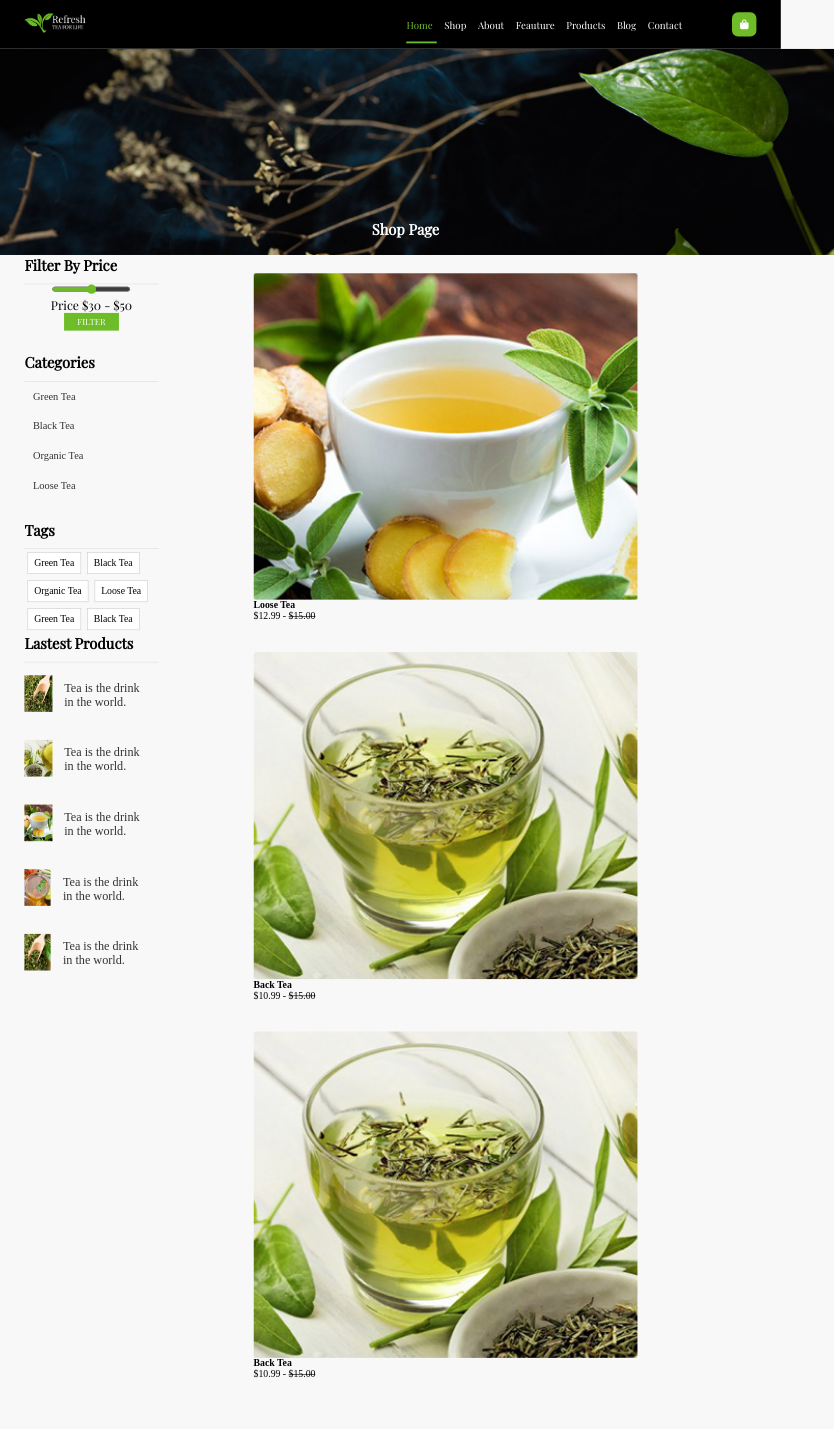
Repository: 52hzwhaleblue/school_teashop
Page: shop.html
An editor plug-in stored every save of this project. The page is shown before and after the next save, followed by the edit.
The browser window is 1280 px wide. The page is 1368 px wide, so the pictures cover 1368 px, including what lies to the right of the window. The pictures show the whole page, at 61% of full size.
Some web libraries are served in a nearby version.

Above is the page before, as saved 2022-05-05 23:24:32.

### shop.html
<!DOCTYPE html>
<html lang="en">

<head>
    <meta charset="UTF-8">
    <meta http-equiv="X-UA-Compatible" content="IE=edge">
    <meta name="viewport" content="width=device-width, initial-scale=1.0">

    <!-- Style CSS -->
    <link rel="stylesheet" href="./style.css" stylesheet="text/style.css" />

    <!-- googel fonts -->
    <link rel="preconnect" href="https://fonts.googleapis.com" />
    <link rel="preconnect" href="https://fonts.gstatic.com" crossorigin />
    <link href="https://fonts.googleapis.com/css2?family=Playfair+Display&display=swap" rel="stylesheet" />

    <!-- cdn -->
    <link rel="stylesheet" href="https://cdnjs.cloudflare.com/ajax/libs/font-awesome/6.1.1/css/all.min.css" integrity="sha512-KfkfwYDsLkIlwQp6LFnl8zNdLGxu9YAA1QvwINks4PhcElQSvqcyVLLD9aMhXd13uQjoXtEKNosOWaZqXgel0g==" crossorigin="anonymous" referrerpolicy="no-referrer"
    />

    <!-- App.js -->
    <script src="./app.js">
    </script>

    <title>Shop</title>
</head>

<body>
    <!-- header -->
    <div class="header-wrapper">
        <div class="center">
            <div class="row">
                <div class="logo">
                    <img src="./images/logo.png" alt="" />
                </div>

                <div class="menu">
                    <ul>
                        <li class="active"><a href="#">Home</a></li>
                        <li><a href="#">Shop</a></li>
                        <li><a href="#">About</a></li>
                        <li><a href="#">Feauture</a></li>
                        <li><a href="#">Products</a></li>
                        <li><a href="#">Blog</a></li>
                        <li><a href="#">Contact</a></li>
                    </ul>
                </div>

                <div class="cart">
                    <i class="fa-solid fa-bag-shopping"></i>
                </div>
            </div>
        </div>
    </div>

    <!-- silder -->
    <div class="slider-wrapper">
        <div class="slider-img">
            <img src="./images/shop-slide.jpg" alt="" />

            <div class="center">
                <div class="shop-slide-content">
                    <h2 class="heading">Shop Page</h2>
                </div>
            </div>
        </div>
    </div>


    <div class="shop-page-wrapper">
        <div class="center1">
            <div class="box-shop-page">
                <!-- filter by price -->
                <div class="price-filter-wrapper">
                    <div class="box-price-filter">
                        <h4>filter by price</h4>
                        <div class="price-range-bar">
                            <form class="multi-range-field my-5 pb-5">
                                <input id="multi3" class="multi-range" type="range" />
                            </form>

                            <div class="price-range">
                                <span>Price</span>
                                <span> $30 </span> -
                                <span> $50 </span>
                            </div>

                            <div class="filter-btn">
                                <p>filter</p>
                            </div>
                        </div>
                    </div>
                    <div class="catory-wrapper">
                        <div class="box-catory">
                            <h2>Categories</h2>
                        </div>
                        <div class="category">
                            <ul>
                               <li><a href="" class="btn1">Green Tea</a></li>
                               <li><a href="" class="btn1">Black Tea</a></li>
                               <li><a href="" class="btn1">Organic Tea</a></li>
                               <li><a href="" class="btn1">Loose Tea</a></li>
                            </ul>
                        </div>
                        <div class="box-catory">
                            <h2>Tags</h2>
                        </div>
                        <div class="category1">
                           <ul clas="list">
                               <li><a href="" class="btn">Green Tea</a></li>
                               <li><a href="" class="btn">Black Tea</a></li>
                               <li><a href="" class="btn">Organic Tea</a></li>
                               <li><a href="" class="btn">Loose Tea</a></li>
                               <li><a href="" class="btn">Green Tea</a></li>
                               <li><a href="" class="btn">Black Tea</a></li>
                           </ul>
                        </div>
                        <div class="box-catory">
                            <h2>Lastest Products</h2>
                        </div>
                        <div class="last-product">
                            <div class="row">
                                <div class="col-2">
                                    <img src="images/product-1.jpg">
                                </div>
                                <div class="col-2">
                                    <a href="" class="btn2">Tea is the drink in  the world. </a>
                                </div>
                            </div>
                      </div>
                      <div class="last-product">
                        <div class="row">
                            <div class="col-2">
                                <img src="images/product-2.jpg">
                            </div>
                            <div class="col-2">
                                <a href="" class="btn2">Tea is the drink in  the world.</a>
                            </div>
                        </div>
                       </div>
                       <div class="last-product">
                        <div class="row">
                            <div class="col-2">
                                <img src="images/product-3.jpg">
                            </div>
                            <div class="col-2">
                                <a href="" class="btn2">Tea is the drink in  the world.</a>
                            </div>
                        </div>
                       </div>
                         <div class="last-product">
                          <div class="row">
                          <div class="col-2">
                             <img src="images/product-4.jpg">
                            </div>
                            <div class="col-2">
                             <a href="" class="btn2">Tea is the drink in  the world.</a>
                            </div>
                        </div>
                       </div>

                    <div class="last-product">
                        <div class="row">
                            <div class="col-2">
                                <img src="images/product-5.jpg">
                            </div>
                            <div class="col-2">
                                <a href="" class="btn2">Tea is the drink in  the world.</a>
                            </div>
                        </div>
                       </div>
                   </div>
               </div>
                <!-- shop-product -->
                <div class="shop-product-wrapper">
                    <div class="shop">
                        <img src="images/product-8.jpg">
                        <h4>Loose Tea</h4>
                        <p>$12.99 - <del>$15.00</del></p>
                        <p></p>
                    </div>

                    <div class="shop">
                        <img src="images/product-9.jpg">
                        <h4>Back Tea</h4>
                        <p>$10.99 - <del>$15.00</del></p>
                    </div>
                    <div class="shop">
                        <img src="images/product-9.jpg">
                        <h4>Back Tea</h4>
                        <p>$10.99 - <del>$15.00</del></p>
                    </div>

                </div>

            </div>
        </div>
    </div>

</body>

</html>

### style.css
* {
    padding: 0;
    margin: 0;
}

body {
    background-color: #f8f8f8;
}


/* header */

.header-wrapper {
    margin: 0 auto;
    background-color: #000000;
    position: sticky;
    top: 0;
    z-index: 1;
}

.center {
    width: 1200px;
    margin: 0 auto;
}

.header-wrapper .row {
    display: flex;
    justify-content: space-between;
    align-items: center;
    padding: 20px 0;
}


/* logo */

.logo {
    width: 50.0450045005%;
}

.logo img {
    width: 100px;
}


/* menu */

.menu {
    width: 42.304230423%;
}

.menu ul li.active a {
    color: #6fbc29;
}

.menu ul li {
    display: inline-block;
    padding-right: 15px;
    position: relative;
}

.menu ul li:after {
    content: " ";
    width: 50px;
    border-bottom: 3px #6fbc29 solid;
    /* background-color: #6fbc29; */
    left: 0;
    bottom: -20px;
    position: absolute;
}

.menu ul li:not(.active):after {
    content: " ";
    width: 50px;
    border-bottom: 3px #6fbc29 solid;
    left: 0;
    bottom: -30px;
    position: absolute;
    opacity: 0;
    transition: 0.5s;
}

.menu ul li:hover:after {
    bottom: -20px;
    opacity: 1;
}

.menu ul li:hover a {
    color: #6fbc29;
}

.menu ul li a {
    text-decoration: none;
    color: #fff;
    font-family: "Playfair Display", serif;
}


/* cart */

.cart {
    width: 40px;
    height: 40px;
    border-radius: 25%;
    background-color: #6fbc29;
    display: flex;
    justify-content: center;
    align-items: center;
}

.cart i {
    color: #fff;
}


/* silder */

.slider-wrapper {
    width: 1368px;
    margin: 0 auto;
    overflow: hidden;
}

.slider-img {
    display: flex;

}

.slider-img img {
    max-width: 1368px;
}
.slider-img input{
    display: none;
}


.slider-wrapper .home-slide-content {
    width: 446px;
    position: absolute;
    top: 20%;
    left: calc((100% - 1200px) / 2);
}

.slider-wrapper .shop-slide-content {
    width: 446px;
    position: absolute;
    top: 50%;
    left: calc(100% /2.1);
}

.home-slide-content .heading {
    text-transform: uppercase;
    font-family: "Playfair Display";
    font-size: 16px;
    color: #fff;
}

.shop-slide-content .heading {
    text-transform: capitalize;
    font-family: "Playfair Display";
    /* font-size: 50px; */
    color: #fff;
}


.home-slide-content .subHeading {
    text-transform: capitalize;
    font-family: "Playfair Display";
    font-size: 50px;
    padding: 26px 0 50px 0;
    color: #fff;
}

.home-slide-content .subHeading span {
    color: #6fbc29;
    text-transform: capitalize;
    font-size: 50px;
}

.home-slide-content .slider-btn {
    width: 130px;
    /* height: 35px; */
    background-color: #6fbc29;
    display: flex;
    justify-content: center;
    align-items: center;
}

.slider-btn a {
    font-family: "Playfair Display";
    font-size: 14px;
    text-transform: uppercase;
    color: #fff;
    text-decoration: none;
    padding: 10px 0;
}


/* new product */

.product-wrapper {
    width: 1368px;
    margin: 0 auto;
    padding: 57px 0;
}

.title-main {
    padding-bottom: 52px;
}

.title-main h1 {
    font-family: "Playfair Display";
    font-size: 35px;
    text-transform: capitalize;
    color: #212529;
    text-align: center;
}

.title-main .icon {
    text-align: center;
    padding: 23px 0 18px 0;
}

.heading-icon .icon img {
    width: 100px;
}

.title-main .subTitle {
    width: 540px;
    margin: 0 auto;
}

.title-main .subTitle p {
    font-family: "Playfair Display";
    font-size: 14px;
    color: #212529;
    text-align: center;
}


/* product items */

.product-items {
    display: flex;
    flex-wrap: wrap;
    justify-content: space-between;
}

.product-items .item {
    /* width: calc(100% / 4); */
}

.product-items .item .img {
    position: relative;
}

.modal {
    position: absolute;
    width: 100%;
    height: 100%;
    bottom: 0;
    opacity: 0;
    background-color: #6fbc29;
    transition: 0.7s;
}

.modal-content h4 {
    font-family: "Playfair Display", serif;
    color: #fff;
    text-align: center;
    text-transform: capitalize;
}

.modal-content {
    padding: 48px;
}

.modal-content p {
    font-size: 14px;
    font-family: "Playfair Display", serif;
    color: #fff;
    text-align: center;
    padding: 20px 0;
}

.readmore-btn {
    width: 130px;
    background-color: #fff;
    border: 1px #fff solid;
    padding: 5px 0;
    margin: 0 auto;
    text-align: center;
}

.readmore-btn a {
    text-decoration: none;
    color: #6fbc29;
    font-size: 14px;
    font-family: "Playfair Display", serif;
    text-transform: uppercase;
}

.readmore-btn:hover {
    background-color: transparent;
}

.readmore-btn:hover a {
    text-decoration: none;
    color: #fff;
    font-size: 14px;
    font-family: "Playfair Display", serif;
    text-transform: uppercase;
}

.product-items .img:hover .modal {
    top: 0;
    opacity: 0.8;
}

.product-btn {
    display: flex;
    justify-content: center;
}

.btn-left,
.btn-right {
    border-radius: 50%;
    width: 30px;
    height: 30px;
    background-color: #6fbc29;
    margin: 0 10px;
    display: flex;
    align-items: center;
    justify-content: center;
    color: #fff;
    margin-top: 35px;
}

.btn-left:hover,
.btn-right:hover {
    border-radius: 50%;
    width: 30px;
    height: 30px;
    background-color: #fff;
    margin: 0 10px;
    display: flex;
    align-items: center;
    justify-content: center;
    color: #6fbc29;
    margin-top: 35px;
}


/* information */

.information {
    width: 1368px;
    margin: 0 auto;
    background-color: #f8f8f8;
    display: flex;
    justify-content: space-between;
}

.info-img img {
    max-width: 730px;
}

.info-content {
    width: 37.6461988304%;
    padding: 85px 0 125px 30px;
}

.info-content h2 {
    font-size: 35px;
    font-family: "Playfair Display", serif;
}

.info-content p {
    font-size: 14px;
    font-family: "Playfair Display", serif;
    margin: 10px 0;
}

.information .readmore-info-btn {
    width: 130px;
    background-color: #6fbc29;
    padding: 5px 0;
    text-align: center;
}

.information .readmore-info-btn a {
    text-decoration: none;
    color: #fff;
    font-size: 14px;
    font-family: "Playfair Display", serif;
    text-transform: uppercase;
}

.information .readmore-info-btn:hover {
    background-color: #fff;
}

.information .readmore-info-btn:hover a {
    text-decoration: none;
    color: #6fbc29;
    font-size: 14px;
    font-family: "Playfair Display", serif;
    text-transform: uppercase;
}

.criteria-wrapper {
    width: 100%;
    height: 368px;
}

.criteria-items {
    max-width: 1368px;
    display: flex;
    justify-content: center;
}

.criteria-items .item {
    padding: 0 10px;
    box-sizing: border-box;
}


/* featured product */
.center1 {
    width: 1200px;
    margin: 0 auto;
    display:  flex;
    flex-wrap: wrap;
}

.featured-product-wrapper {}

.featured-product-items {
    display: flex;
    justify-content: space-between;
    flex-wrap: wrap;
    margin-bottom: 50px;
}

.featured-product-items .item {
    width: calc(100% / 3);
}

.featured-product-items .item .img {
    position: relative;
}

.featured-product-items .img .modal {
    border-radius: 50%;
}

.featured-product-items .img:hover .modal {
    top: 0;
    opacity: 0.8;
    width: 92.5%;
}

.featured-product-items .item .title {
    text-align: center;
    font-family: "Playfair Display";
    font-weight: 600;
    font-size: 20px;
}

.featured-product-items .item .description {
    text-align: center;
    font-family: "Playfair Display";
    font-size: 14px;
}

.featured-product-items .item img {
    border-radius: 50%;
}


/* Information Wrapper */

.info-wrapper {
    position: relative;
}

.info-wrapper img {
    height: 435px;
    width: 100%;
}

.info-heading {
    top: 0;
    width: 490px;
    margin: 55px 0;
    position: absolute;
}

.info-heading .title {
    font-family: "Playfair Display";
    font-size: 35px;
    font-weight: 600;
}

.info-heading .subTitle {
    font-family: "Playfair Display";
    font-size: 14px;
    margin: 25px 0 50px 0;
}

.readmore-info-btn {
    width: 130px;
    background-color: #6fbc29;
    border: 1px #fff solid;
    padding: 5px 0;
    /* margin: 0 auto; */
    text-align: center;
}

.readmore-info-btn a {
    text-decoration: none;
    color: #fff;
    font-size: 14px;
    font-family: "Playfair Display", serif;
    text-transform: uppercase;
}

.readmore-info-btn:hover {
    background-color: #fff;
}

.readmore-info-btn:hover a {
    text-decoration: none;
    color: #6fbc29;
    font-size: 14px;
    font-family: "Playfair Display", serif;
    text-transform: uppercase;
}


/* video */

.video-wrapper {
    position: relative;
    display: flex;
    justify-content: center;
}

.bg-overlay {
    position: relative;
    z-index: 1;
}

.bg-overlay:after {
    background: #000 none repeat scroll 0 0;
    content: "";
    height: 100%;
    left: 0;
    opacity: 0.8;
    position: absolute;
    top: 0;
    width: 100%;
}

.video-wrapper .center {
    width: 1200px;
    margin: 0 auto;
    display: flex;
    justify-content: center;
}

.video-wrapper img {
    width: 100%;
}

.video-wrapper .title-main {
    top: 0;
    position: absolute;
    z-index: 2;
    margin-top: 55px;
}

.video-wrapper .title-main .title {
    color: #fff;
}

.video-wrapper .title-main .icon img {
    width: 200px;
}

.video-wrapper .title-main .subTitle p {
    color: #fff;
}

.box-video {
    /* width: 890px;
    height: 442px; */
    bottom: 25%;
    z-index: 1;
    position: absolute;
}


/* Shop Page */

.box-shop-page {
    display: flex;
    justify-content: space-between;
}

.price-filter-wrapper {
    width: 28.3333333333%;
}

.box-price-filter h4 {
    font-family: "Playfair Display", serif;
    font-size: 24px;
    text-transform: capitalize;
    border-bottom: 1px #dedede solid;
    padding-bottom: 15px;
}



/* Price Range Input */

#multi3 {
    accent-color: #6FBC29;
}

.price-range-bar {
    text-align: center;
}

.price-range {
    font-family: "Playfair Display", serif;
    font-size: 20px;
}

.filter-btn {
    width: 90px;
    height: 35px;
    margin: 0 auto;
}

.filter-btn:hover {
    width: 90px;
    height: 35px;
    margin: 0 auto;
}

.filter-btn p {
    font-family: "Playfair Display", serif;
    font-size: 14px;
    color: #fff;
    text-transform: uppercase;
    background-color: #6fbc29;
    padding: 5px 20px;
}

.filter-btn p:hover {
    font-family: "Playfair Display", serif;
    font-size: 14px;
    color: #6fbc29;
    text-transform: uppercase;
    background-color: #fff;
    padding: 5px 20px;
    border: 1px #6fbc29 solid;
}
.box-catory h2{
    font-family: "Playfair Display", serif;
    font-size: 24px;
    text-transform: capitalize;
    border-bottom: 1px #dedede solid;
    padding-bottom: 15px;
    padding-top: 30px;
}
.category ul li a {
    text-decoration: none;
    color:#333333;
    font-size: 17px;
    transition: 0.3s;
    border-bottom: 1px solid transparent;
    padding: 5px 0;
    display: block;
    padding: 14px;

}
ul{
    list-style-type: none;
}
.btn1:hover{
   color: #6fbc29;
   border-bottom: 1px solid #6fbc29;
}
.btn{
    display: inline-block;
    background: #fff;
    color: #000000;
    padding: 8px 10px;
    margin: 5px 5px;
    border: 1px solid #cccccc;
}

.btn:hover {
    background: #6fbc29;
    color: #fff;
}
.category1 ul li a{
    text-decoration: none;
    float: left;
}
.row {
    display: flex;
    align-items: center;
}

.col-2 img {
    width: 130%;
    height: 60px;
    padding: 10px 0;
    margin: 30px 20;
}
.btn2{
    color:#333333;
    padding: 30px;
    text-decoration: none;
    font-size: 20px;
    display: inline-block;
}
.btn2:hover{
    color:#6fbc29;
}
.shop-product-wrapper{
    /* display: inline; */
    align-items: top;
   /*  flex-wrap: wrap; */
    justify-content: space-around;
    padding: 20px;
    margin: 10px;
}
.shop {
    flex-basis: 25%;
    min-width: 200px;
    margin-bottom: 50px;
}
.shop img{
    width: 170%;
    height: auto;
    display: block;
    margin: auto;
}
/* ----Product---- */

### app.js
/* $('#multi3').mdbRange({
    width: '100%',
    single: {
        active: true,
        multi: {
            active: true,
            rangeLength: 2
        },
    }
}); */

After the next save:
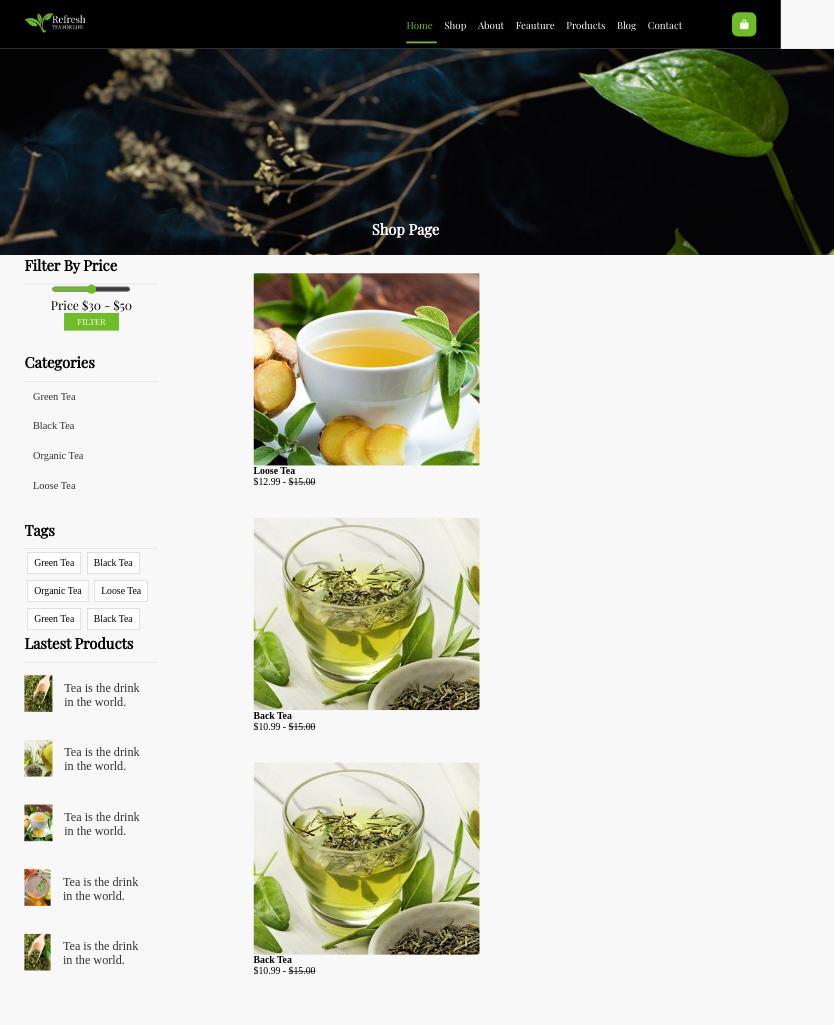
Saved 11 s later.
--- a/style.css
+++ b/style.css
@@ -744,7 +744,7 @@ ul{
     margin-bottom: 50px;
 }
 .shop img{
-    width: 170%;
+    width: 100%;
     height: auto;
     display: block;
     margin: auto;
